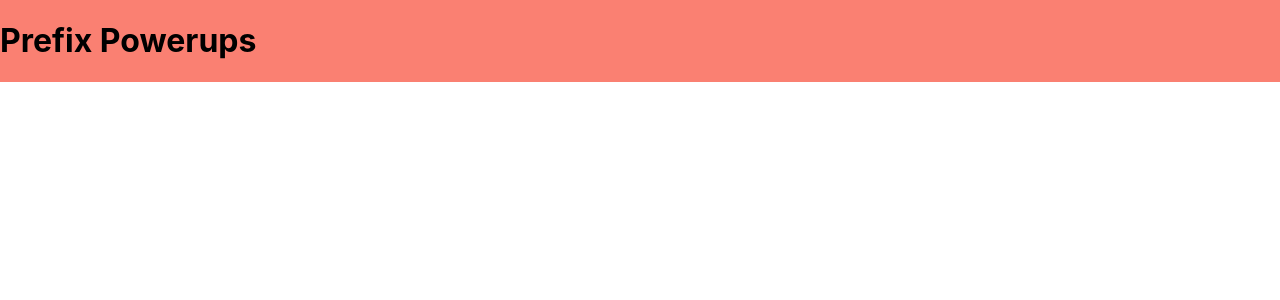
Repository: bsalgado98/buns-inator
Page: /
These files come from the project's save history. The page is drawn as it stood at one moment and after the next save; the edit follows.
The browser window is 1280 px wide. The pictures show the whole page.
The project was rebuilt for these pictures with package versions that can differ from the ones it lists, and the page was loaded fresh each time. Also part of the build but not shown: src/components/WordCard/WordCard.js.

Above is the page before, as saved 2022-04-25 21:46:19.

After the next save:
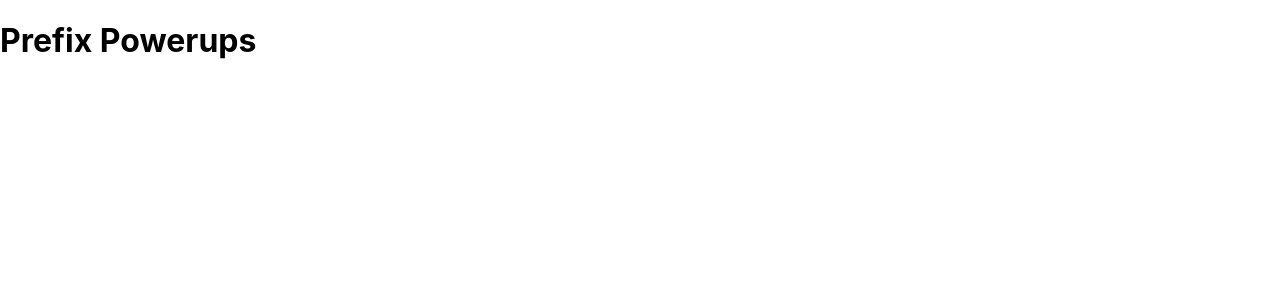
Saved 16 s later.
--- a/src/components/WordBank/WordBank.js
+++ b/src/components/WordBank/WordBank.js
@@ -1,7 +1,7 @@
 const WordBank = ({ bankTitle = "N/A", color = "#000000", wordCollection = [] }) => {
     const styles = {
         containerStyle: {
-            backgroundColor: color
+            backgroundColor: `${color}55`
         },
         title: {
             style: {
